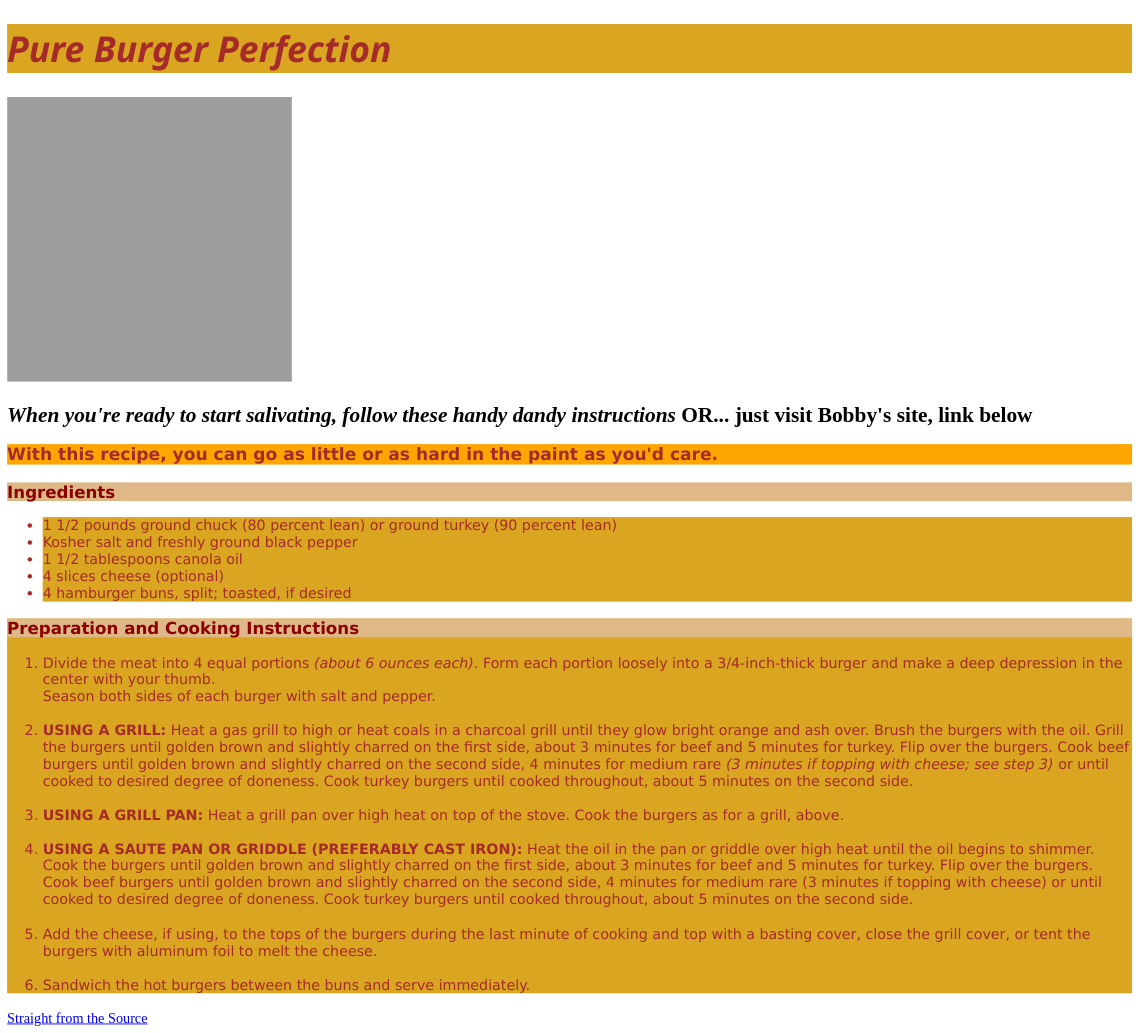
Repository: Spencertainty/practice-time
Page: member-spencer-odin-recipes/recipes/hamburgers.html
The author's editor kept a copy of each file at every save. The page is drawn from the files as they stood at one save, then again after the next save.
The browser window is 1280 px wide. The pictures show the whole page, at 89% of full size.
Pictures or frames that could not be fetched are drawn as grey boxes.

Above is the page before, as saved 2024-01-10 15:54:20.

### member-spencer-odin-recipes/recipes/hamburgers.html
<!DOCTYPE html>
<!--[if lt IE 7]>      <html class="no-js lt-ie9 lt-ie8 lt-ie7"> <![endif]-->
<!--[if IE 7]>         <html class="no-js lt-ie9 lt-ie8"> <![endif]-->
<!--[if IE 8]>         <html class="no-js lt-ie9"> <![endif]-->
<!--[if gt IE 8]>      <html class="no-js"> <!--<![endif]-->
<html>
    <head>
        <meta charset="utf-8">
        <meta http-equiv="X-UA-Compatible" content="IE=edge">
        <title>hamburgers</title>
        <meta name="description" content="">
        <meta name="viewport" content="width=device-width, initial-scale=1">
        <link rel="stylesheet" href="burger.css">
    </head>

    <body>
        <!--[if lt IE 7]>
            <p class="browsehappy">You are using an <strong>outdated</strong> browser. Please <a href="#">upgrade your browser</a> to improve your experience.</p>
        <![endif]-->
        <h1><b>Pure Burger Perfection</b></h1>

<img src="../links-and-images/Cheeseburger.jpg" alt="the perfect burger" height="320" width="320">
<br>
<h2><em>When you're ready to start salivating, follow these handy dandy instructions</em> OR... just visit Bobby's site, link below</h2>
<p>With this recipe, you can go as little or as hard in the paint as you'd care.</p>
<h3>Ingredients</h3>
<ul>
    <div>
    <li>1 1/2 pounds ground chuck (80 percent lean) or ground turkey (90 percent lean) </li>
    <li>Kosher salt and freshly ground black pepper</li>
    <li>1 1/2 tablespoons canola oil</li>
    <li>4 slices cheese (optional)</li>
    <li>4 hamburger buns, split; toasted, if desired</li>
</div>
</ul>
<div>
<h3>Preparation and Cooking Instructions</h3>
<ol>
    <li>Divide the meat into 4 equal portions <em>(about 6 ounces each)</em>. Form each portion loosely into a 3/4-inch-thick burger and make a deep depression in the center with your thumb.
        <br>Season both sides of each burger with salt and pepper.</br></li>
    <p>

    </p><li><strong> USING A GRILL:</strong> Heat a gas grill to high or heat coals in a charcoal grill until they glow bright orange and ash over.
        Brush the burgers with the oil. Grill the burgers until golden brown and slightly charred on the first side, about 3 minutes for beef and 5 minutes for turkey.
        Flip over the burgers. Cook beef burgers until golden brown and slightly charred on the second side, 4 minutes for medium rare <em>(3 minutes if topping with cheese; see step 3)</em> or until cooked to desired degree of doneness.
        Cook turkey burgers until cooked throughout, about 5 minutes on the second side.</li>
    <p>    <li><b>USING A GRILL PAN:</b> Heat a grill pan over high heat on top of the stove. Cook the burgers as for a grill, above.</li></p>
    <li><strong> USING A SAUTE PAN OR GRIDDLE (PREFERABLY CAST IRON):</strong> Heat the oil in the pan or griddle over high heat until the oil begins to shimmer. Cook the burgers until golden brown and slightly charred on the first side, about 3 minutes for beef and 5 minutes for turkey.
        Flip over the burgers. Cook beef burgers until golden brown and slightly charred on the second side, 4 minutes for medium rare (3 minutes if topping with cheese) or until cooked to desired degree of doneness. Cook turkey burgers until cooked throughout, about 5 minutes on the second side.</li>
        <p><li>Add the cheese, if using, to the tops of the burgers during the last minute of cooking and top with a basting cover, close the grill cover, or tent the burgers with aluminum foil to melt the cheese.</p></li>
    <p><li>Sandwich the hot burgers between the buns and serve immediately.</li>        </p>
    </ol>
</div>
        <a href="https://www.foodnetwork.com/recipes/bobby-flay/perfect-burger-recipe-1957542" target="_blank" rel="noopener noreferrer">Straight from the Source</a>
        <script src="" async defer></script>

    </body>
</html>

### member-spencer-odin-recipes/recipes/burger.css
/* Apply Font Color to Title */

div {
    color: brown;
    background-color: goldenrod;
    text-align: left;
    font-family: Verdana, Geneva, Tahoma, sans-serif;
}

h1 {
    font-style: italic;
    font-family: 'Segoe UI', Tahoma, Geneva, Verdana, sans-serif;
    color: brown;
    font-size: 40px;
    background-color: goldenrod;
}

h2 {

}
h3 {
    font-family: 'Lucida Sans', 'Lucida Sans Regular', 'Lucida Grande', 'Lucida Sans Unicode', Geneva, Verdana, sans-serif;
    color: darkred;
    background-color: burlywood;

}

p {font-family: 'Lucida Sans', 'Lucida Sans Regular', 'Lucida Grande', 'Lucida Sans Unicode', Geneva, Verdana, sans-serif;
    color: brown;
    background-color: orange;
    font-weight: bolder;
    font-size: larger;
}

After the next save:
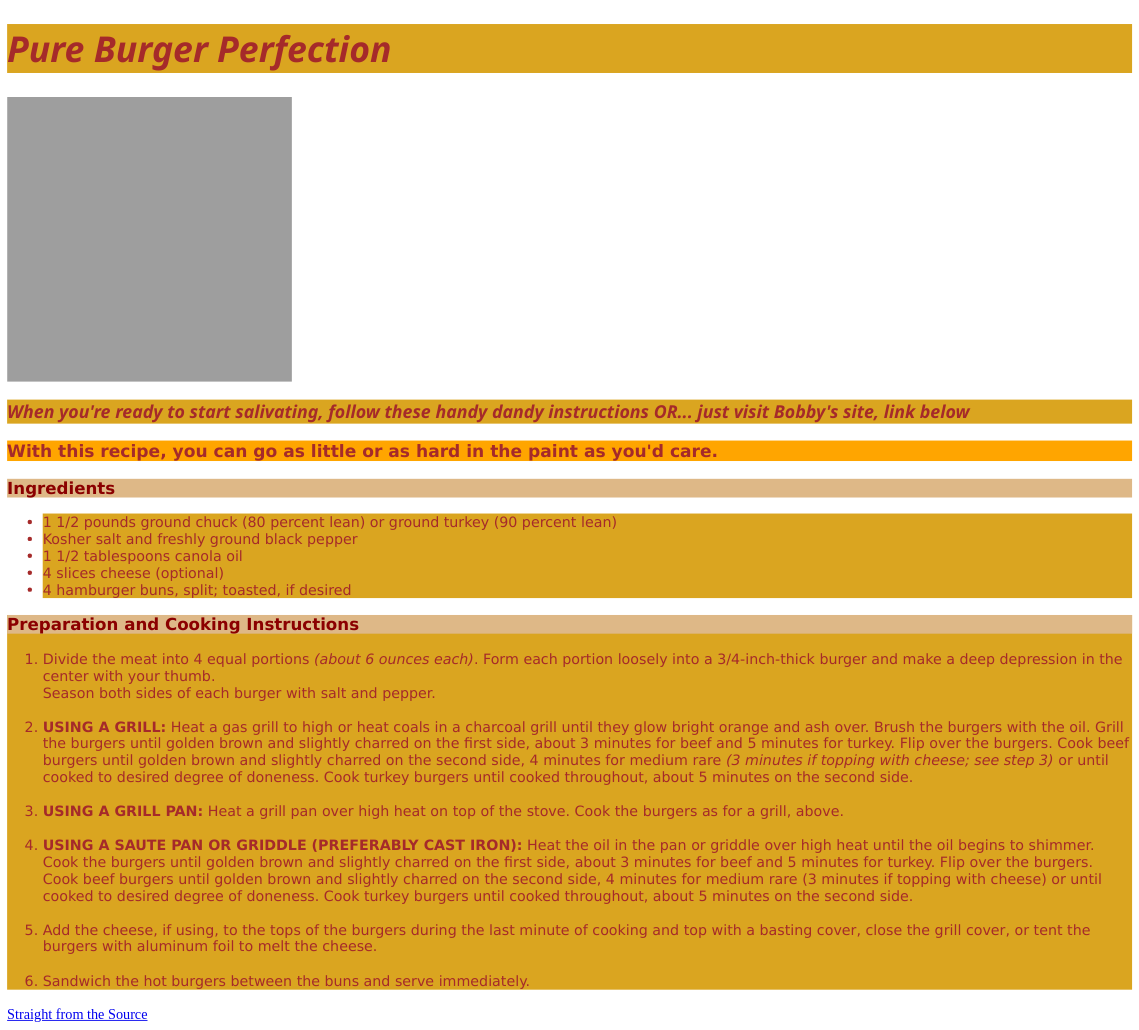
Saved 49 s later.
--- a/member-spencer-odin-recipes/recipes/burger.css
+++ b/member-spencer-odin-recipes/recipes/burger.css
@@ -15,8 +15,11 @@ h1 {
     background-color: goldenrod;
 }
 
-h2 {
-
+h2 {font-style: italic;
+    font-family: 'Segoe UI', Tahoma, Geneva, Verdana, sans-serif;
+    color: brown;
+    font-size: 20px;
+    background-color: goldenrod;
 }
 h3 {
     font-family: 'Lucida Sans', 'Lucida Sans Regular', 'Lucida Grande', 'Lucida Sans Unicode', Geneva, Verdana, sans-serif;
